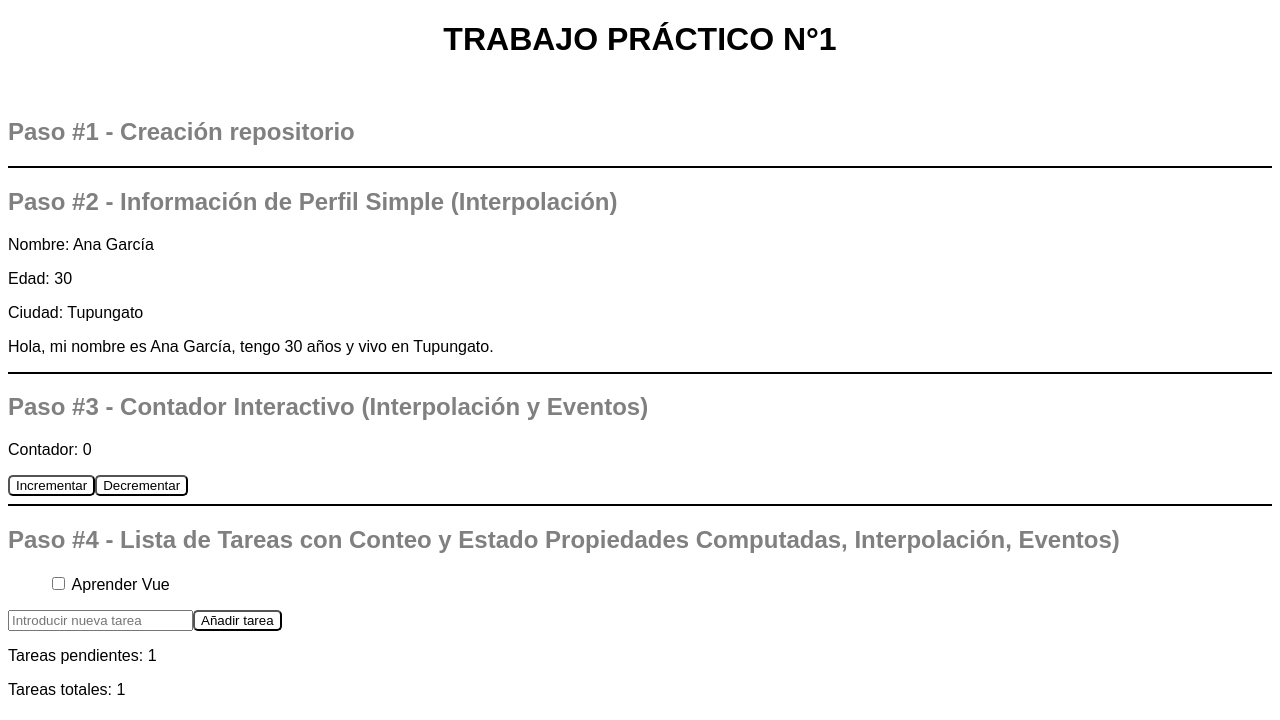
Repository: SofiaSferco/PWA
Page: practico01/index.html
These files come from the project's save history. The page is drawn as it stood at one moment and after the next save; the edit follows.
The browser window is 1280 px wide. The pictures show the whole page.

Above is the page before, as saved 2025-10-03 14:22:14.

After the next save:
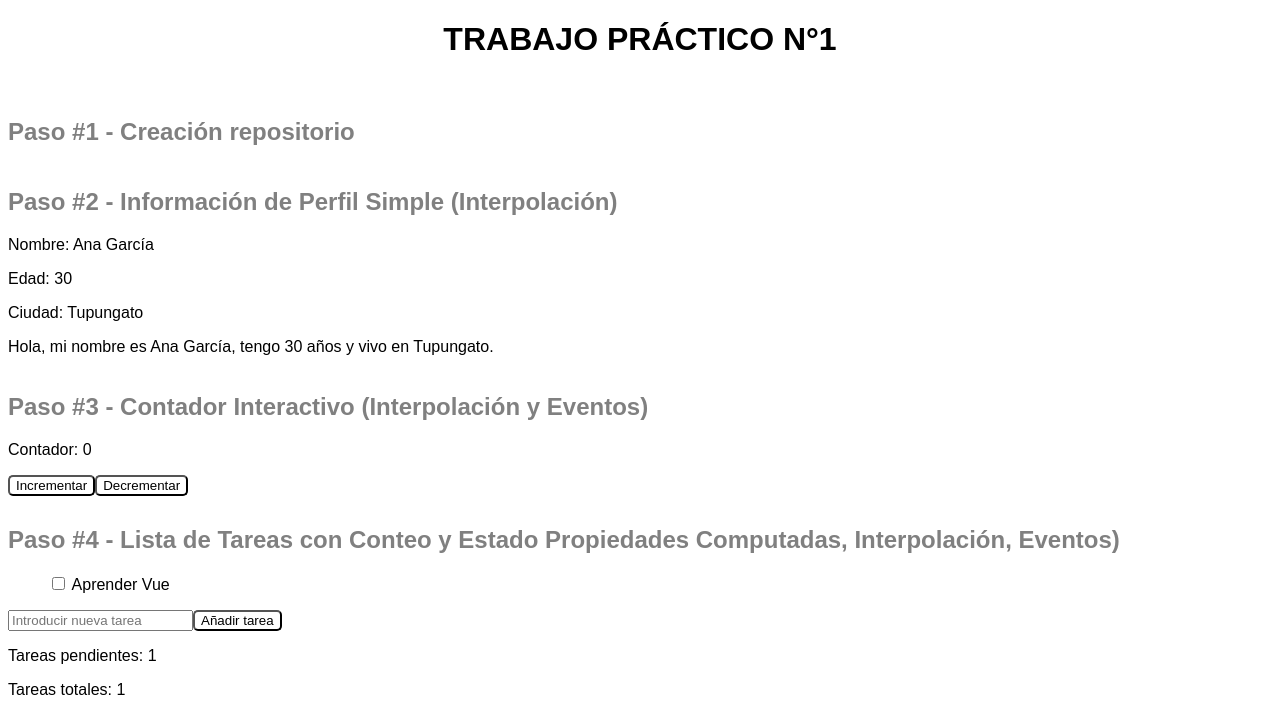
Saved 6 s later.
--- a/practico01/index.html
+++ b/practico01/index.html
@@ -90,7 +90,7 @@
         color: gray;
     }
     hr {
-        border: 1px solid black
+        border: 1px solid #ffff;
         }
     button {
         background-color: #ffff;
